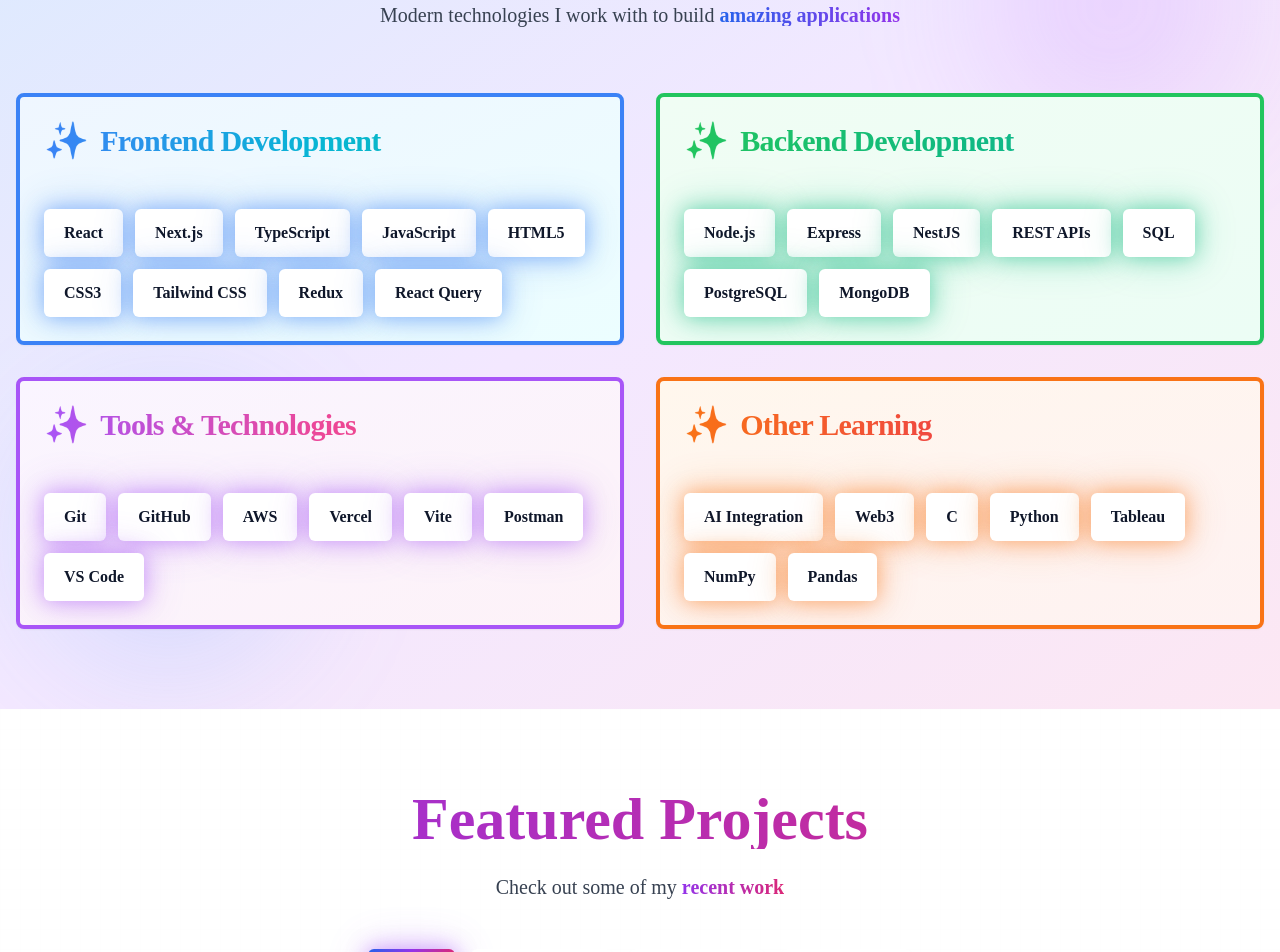
Repository: sm6746/PORTFOLIO
Page: /
These files come from the project's save history. The page is drawn as it stood at one moment and after the next save; the edit follows.
The browser window is 1280 px wide. The pictures show the part of the page from y = 1832 to 2784 px (the page is 8297 px tall before and 8357 px after).
The project was rebuilt for these pictures with package versions that can differ from the ones it lists, and the page was loaded fresh each time. Also part of the build but not shown: vite.config.ts.

Above is the page before, as saved 2025-11-06 21:19:12.

### index.html
<!DOCTYPE html>
<html lang="en">
  <head>
    <meta charset="UTF-8" />
    <link rel="icon" type="image/svg+xml" href="/favicon.svg" />
    <meta name="viewport" content="width=device-width, initial-scale=1.0" />
    <title>Portfolio</title>
  </head>
  <body>
    <div id="root"></div>
    <script type="module" src="/app/main.tsx"></script>
  </body>
</html>

### app/main.tsx
import React from 'react'
import ReactDOM from 'react-dom/client'
import App from './app'
import './globals.css'

ReactDOM.createRoot(document.getElementById('root')!).render(
  <React.StrictMode>
    <App />
  </React.StrictMode>,
)

### app/app.tsx
import { ThemeProvider } from '@/lib/theme-context';
import { Header } from '@/components/header';
import { HeroSection } from '@/components/hero-section';
import { AboutSection } from '@/components/about-section';
import { SkillsSection } from '@/components/skills-section';
import { ProjectsSection } from '@/components/projects-section';
import { ExperienceSection } from '@/components/experience-section';
import { CertificationsSection } from '@/components/certifications-section';
import { ContactSection } from '@/components/contact-section';
import { Footer } from '@/components/footer';
import { ScrollToTop } from '@/components/scroll-to-top';

function App() {
  return (
    <ThemeProvider>
      <div className="min-h-screen bg-white dark:bg-gray-900 transition-colors duration-300">
        <Header />
        <main>
          <HeroSection />
          <AboutSection />
          <SkillsSection />
          <ProjectsSection />
          <ExperienceSection />
          <CertificationsSection />
          <ContactSection />
        </main>
        <Footer />
        <ScrollToTop />
      </div>
    </ThemeProvider>
  );
}

export default App;

### lib/theme-context.tsx
import React, { createContext, useContext, useEffect, useState } from 'react';

type Theme = 'light' | 'dark';

type ThemeContextType = {
  theme: Theme;
  toggleTheme: () => void;
};

const ThemeContext = createContext<ThemeContextType | undefined>(undefined);

export function ThemeProvider({ children }: { children: React.ReactNode }) {
  const [theme, setTheme] = useState<Theme>(() => {
    const stored = localStorage.getItem('portfolio-theme');
    return (stored as Theme) || 'light';
  });

  useEffect(() => {
    localStorage.setItem('portfolio-theme', theme);
    document.documentElement.classList.toggle('dark', theme === 'dark');
  }, [theme]);

  const toggleTheme = () => {
    setTheme(prev => (prev === 'light' ? 'dark' : 'light'));
  };

  return (
    <ThemeContext.Provider value={{ theme, toggleTheme }}>
      {children}
    </ThemeContext.Provider>
  );
}

export function useTheme() {
  const context = useContext(ThemeContext);
  if (!context) {
    throw new Error('useTheme must be used within ThemeProvider');
  }
  return context;
}

### components/skills-section.tsx
import { Badge } from '@/components/ui/badge';
import { Card, CardContent, CardHeader, CardTitle } from '@/components/ui/card';
import { useScrollAnimation } from '@/hooks/use-scroll-animation';

export function SkillsSection() {
  const { ref, isVisible } = useScrollAnimation();

  const skillCategories = [
    {
      title: 'Frontend Development',
      color: 'from-blue-500 via-cyan-500 to-teal-500',
      bgColor: 'bg-gradient-to-br from-blue-50 to-cyan-50 dark:from-blue-950/50 dark:to-cyan-950/50',
      borderColor: 'border-blue-500',
      glowClass: 'glow-blue',
      skills: [
        'React', 'Next.js', 'TypeScript', 'JavaScript', 'HTML5', 'CSS3',
        'Tailwind CSS', 'Redux', 'React Query'
      ],
    },
    {
      title: 'Backend Development',
      color: 'from-green-500 via-emerald-500 to-teal-500',
      bgColor: 'bg-gradient-to-br from-green-50 to-emerald-50 dark:from-green-950/50 dark:to-emerald-950/50',
      borderColor: 'border-green-500',
      glowClass: 'glow-green',
      skills: [
        'Node.js', 'Express', 'NestJS', 'REST APIs', 'SQL',
        'PostgreSQL', 'MongoDB'
      ],
    },
    {
      title: 'Tools & Technologies',
      color: 'from-purple-500 via-pink-500 to-rose-500',
      bgColor: 'bg-gradient-to-br from-purple-50 to-pink-50 dark:from-purple-950/50 dark:to-pink-950/50',
      borderColor: 'border-purple-500',
      glowClass: 'glow-purple',
      skills: [
        'Git', 'GitHub', 'AWS', 'Vercel',
         'Vite', 'Postman', 'VS Code'
      ],
    },
    {
      title: 'Other Learning',
      color: 'from-orange-500 via-red-500 to-pink-500',
      bgColor: 'bg-gradient-to-br from-orange-50 to-red-50 dark:from-orange-950/50 dark:to-red-950/50',
      borderColor: 'border-orange-500',
      glowClass: 'glow-orange',
      skills: [
        'AI Integration', 'Web3', 'C' , 'Python', 'Tableau', 'NumPy', 'Pandas'
      ],
    },
  ];

  return (
    <section
      id="skills"
      ref={ref as React.RefObject<HTMLElement>}
      className="py-20 bg-gradient-to-br from-blue-100 via-purple-100 to-pink-100 dark:from-gray-800 dark:via-purple-900/10 dark:to-blue-900/10 relative overflow-hidden"
    >
      <div className="absolute top-10 right-10 w-64 h-64 bg-purple-400/20 rounded-full blur-3xl"></div>
      <div className="absolute bottom-10 left-10 w-64 h-64 bg-blue-400/20 rounded-full blur-3xl"></div>

      <div className="container mx-auto px-4 relative z-10">
        <div
          className={`transition-all duration-1000 ${
            isVisible ? 'opacity-100 translate-y-0' : 'opacity-0 translate-y-10'
          }`}
        >
          <h2 className="text-5xl md:text-6xl font-extrabold text-center mb-6 bg-gradient-to-r from-blue-600 via-purple-600 to-pink-600 dark:from-blue-400 dark:via-purple-400 dark:to-pink-400 bg-clip-text text-transparent animate-gradient">
            Technical Skills
          </h2>
          <p className="text-center text-gray-700 dark:text-gray-300 mb-16 text-xl font-medium">
            Modern technologies I work with to build <span className="text-transparent bg-clip-text bg-gradient-to-r from-blue-600 to-purple-600 font-bold">amazing applications</span>
          </p>

          <div className="grid md:grid-cols-2 gap-8">
            {skillCategories.map((category, index) => (
              <Card
                key={index}
                className={`group hover:shadow-2xl transition-all duration-500 transform hover:-translate-y-3 hover:scale-105 border-4 ${category.borderColor} ${category.bgColor} overflow-hidden ${
                  isVisible ? 'opacity-100 translate-y-0' : 'opacity-0 translate-y-10'
                }`}
                style={{ transitionDelay: `${index * 150}ms` }}
              >
                <div className={`absolute inset-0 bg-gradient-to-br ${category.color} opacity-0 group-hover:opacity-10 transition-opacity duration-500`}></div>
                <CardHeader className="relative">
                  <CardTitle className={`text-3xl font-bold bg-gradient-to-r ${category.color} bg-clip-text text-transparent flex items-center gap-3`}>
                    <span className="text-4xl">✨</span>
                    {category.title}
                  </CardTitle>
                </CardHeader>
                <CardContent className="p-6 relative">
                  <div className="flex flex-wrap gap-3">
                    {category.skills.map((skill, skillIndex) => (
                      <Badge
                        key={skillIndex}
                        variant="secondary"
                        className={`px-5 py-3 text-base font-bold hover:scale-125 transition-all duration-300 cursor-pointer bg-white dark:bg-gray-800 hover:shadow-2xl border-3 hover:border-current transform hover:-rotate-3 ${category.glowClass}`}
                      >
                        {skill}
                      </Badge>
                    ))}
                  </div>
                </CardContent>
              </Card>
            ))}
          </div>
        </div>
      </div>
    </section>
  );
}

### components/footer.tsx
import { Github, Linkedin, Mail, Twitter } from 'lucide-react';
import { Button } from '@/components/ui/button';

export function Footer() {
  return (
    <footer className="py-12 bg-gray-900 text-white">
      <div className="container mx-auto px-4">
        <div className="flex flex-col items-center gap-6">
          <div className="text-3xl font-bold bg-gradient-to-r from-blue-400 to-purple-400 bg-clip-text text-transparent">
            SHIVANI MEHRA
          </div>
          <p className="text-gray-400 text-center max-w-md">
            Building the future, one line of code at a time. Let's create something amazing together.
          </p>
          <div className="flex gap-4">
            <Button
              variant="ghost"
              size="icon"
              className="rounded-full hover:bg-blue-600/20 text-gray-300 hover:text-white transition-all"
            >
              <Github className="h-5 w-5" />
            </Button>
            <Button
              variant="ghost"
              size="icon"
              className="rounded-full hover:bg-blue-600/20 text-gray-300 hover:text-white transition-all"
            >
              <Linkedin className="h-5 w-5" />
            </Button>
            <Button
              variant="ghost"
              size="icon"
              className="rounded-full hover:bg-blue-600/20 text-gray-300 hover:text-white transition-all"
            >
              <Twitter className="h-5 w-5" />
            </Button>
            <Button
              variant="ghost"
              size="icon"
              className="rounded-full hover:bg-blue-600/20 text-gray-300 hover:text-white transition-all"
            >
              <Mail className="h-5 w-5" />
            </Button>
          </div>
          <div className="border-t border-gray-800 pt-6 w-full text-center">
            <p className="text-gray-500 text-sm">

            </p>
          </div>
        </div>
      </div>
    </footer>
  );
}

### components/scroll-to-top.tsx
import { Button } from '@/components/ui/button';
import { ArrowUp } from 'lucide-react';
import { useEffect, useState } from 'react';

export function ScrollToTop() {
  const [isVisible, setIsVisible] = useState(false);

  useEffect(() => {
    const toggleVisibility = () => {
      setIsVisible(window.scrollY > 500);
    };

    window.addEventListener('scroll', toggleVisibility);
    return () => window.removeEventListener('scroll', toggleVisibility);
  }, []);

  const scrollToTop = () => {
    window.scrollTo({ top: 0, behavior: 'smooth' });
  };

  if (!isVisible) return null;

  return (
    <Button
      onClick={scrollToTop}
      size="icon"
      className="fixed bottom-8 right-8 z-50 rounded-full shadow-lg bg-gradient-to-r from-blue-600 to-purple-600 hover:from-blue-700 hover:to-purple-700 animate-bounce"
    >
      <ArrowUp className="h-5 w-5" />
    </Button>
  );
}

### components/ui/button.tsx
import * as React from "react"
import { Slot } from "@radix-ui/react-slot"
import { cva, type VariantProps } from "class-variance-authority"

import { cn } from "@/lib/utlis"

const buttonVariants = cva(
  "inline-flex items-center justify-center gap-2 whitespace-nowrap rounded-md text-sm font-medium transition-colors focus-visible:outline-none focus-visible:ring-1 focus-visible:ring-ring disabled:pointer-events-none disabled:opacity-50 [&_svg]:pointer-events-none [&_svg]:size-4 [&_svg]:shrink-0",
  {
    variants: {
      variant: {
        default:
          "bg-primary text-primary-foreground shadow hover:bg-primary/90",
        destructive:
          "bg-destructive text-destructive-foreground shadow-sm hover:bg-destructive/90",
        outline:
          "border border-input bg-background shadow-sm hover:bg-accent hover:text-accent-foreground",
        secondary:
          "bg-secondary text-secondary-foreground shadow-sm hover:bg-secondary/80",
        ghost: "hover:bg-accent hover:text-accent-foreground",
        link: "text-primary underline-offset-4 hover:underline",
      },
      size: {
        default: "h-9 px-4 py-2",
        sm: "h-8 rounded-md px-3 text-xs",
        lg: "h-10 rounded-md px-8",
        icon: "h-9 w-9",
      },
    },
    defaultVariants: {
      variant: "default",
      size: "default",
    },
  }
)

export interface ButtonProps
  extends React.ButtonHTMLAttributes<HTMLButtonElement>,
    VariantProps<typeof buttonVariants> {
  asChild?: boolean
}

const Button = React.forwardRef<HTMLButtonElement, ButtonProps>(
  ({ className, variant, size, asChild = false, ...props }, ref) => {
    const Comp = asChild ? Slot : "button"
    return (
      <Comp
        className={cn(buttonVariants({ variant, size, className }))}
        ref={ref}
        {...props}
      />
    )
  }
)
Button.displayName = "Button"

export { Button, buttonVariants }

### hooks/use-scroll-animation.ts
import { useEffect, useRef, useState } from 'react';

export function useScrollAnimation() {
  const ref = useRef<HTMLElement>(null);
  const [isVisible, setIsVisible] = useState(false);

  useEffect(() => {
    const observer = new IntersectionObserver(
      ([entry]) => {
        if (entry.isIntersecting) {
          setIsVisible(true);
        }
      },
      { threshold: 0.1 }
    );

    if (ref.current) {
      observer.observe(ref.current);
    }

    return () => {
      if (ref.current) {
        observer.unobserve(ref.current);
      }
    };
  }, []);

  return { ref, isVisible };
}

### components/ui/card.tsx
import * as React from "react"

import { cn } from "@/lib/utlis"

const Card = React.forwardRef<
  HTMLDivElement,
  React.HTMLAttributes<HTMLDivElement>
>(({ className, ...props }, ref) => (
  <div
    ref={ref}
    className={cn(
      "rounded-lg border bg-card text-card-foreground shadow-sm",
      className,
    )}
    {...props}
  />
))
Card.displayName = "Card"

const CardHeader = React.forwardRef<
  HTMLDivElement,
  React.HTMLAttributes<HTMLDivElement>
>(({ className, ...props }, ref) => (
  <div
    ref={ref}
    className={cn("flex flex-col space-y-1.5 p-6", className)}
    {...props}
  />
))
CardHeader.displayName = "CardHeader"

const CardTitle = React.forwardRef<
  HTMLParagraphElement,
  React.HTMLAttributes<HTMLHeadingElement>
>(({ className, ...props }, ref) => (
  <h3
    ref={ref}
    className={cn(
      "text-2xl font-semibold leading-none tracking-tight",
      className,
    )}
    {...props}
  />
))
CardTitle.displayName = "CardTitle"

const CardDescription = React.forwardRef<
  HTMLParagraphElement,
  React.HTMLAttributes<HTMLParagraphElement>
>(({ className, ...props }, ref) => (
  <p
    ref={ref}
    className={cn("text-sm text-muted-foreground", className)}
    {...props}
  />
))
CardDescription.displayName = "CardDescription"

const CardContent = React.forwardRef<
  HTMLDivElement,
  React.HTMLAttributes<HTMLDivElement>
>(({ className, ...props }, ref) => (
  <div ref={ref} className={cn("p-6 pt-0", className)} {...props} />
))
CardContent.displayName = "CardContent"

const CardFooter = React.forwardRef<
  HTMLDivElement,
  React.HTMLAttributes<HTMLDivElement>
>(({ className, ...props }, ref) => (
  <div
    ref={ref}
    className={cn("flex items-center p-6 pt-0", className)}
    {...props}
  />
))
CardFooter.displayName = "CardFooter"

export { Card, CardHeader, CardFooter, CardTitle, CardDescription, CardContent }

### components/ui/badge.tsx
import * as React from "react"
import { cva, type VariantProps } from "class-variance-authority"

import { cn } from "@/lib/utlis"

const badgeVariants = cva(
  "inline-flex items-center rounded-md border px-2.5 py-0.5 text-xs font-semibold transition-colors focus:outline-none focus:ring-2 focus:ring-ring focus:ring-offset-2",
  {
    variants: {
      variant: {
        default:
          "border-transparent bg-primary text-primary-foreground shadow hover:bg-primary/80",
        secondary:
          "border-transparent bg-secondary text-secondary-foreground hover:bg-secondary/80",
        destructive:
          "border-transparent bg-destructive text-destructive-foreground shadow hover:bg-destructive/80",
        outline: "text-foreground",
      },
    },
    defaultVariants: {
      variant: "default",
    },
  }
)

export interface BadgeProps
  extends React.HTMLAttributes<HTMLDivElement>,
    VariantProps<typeof badgeVariants> {}

function Badge({ className, variant, ...props }: BadgeProps) {
  return (
    <div className={cn(badgeVariants({ variant }), className)} {...props} />
  )
}

export { Badge, badgeVariants }

### components/ui/input.tsx
import * as React from "react"

import { cn } from "@/lib/utlis"

const Input = React.forwardRef<HTMLInputElement, React.ComponentProps<"input">>(
  ({ className, type, ...props }, ref) => {
    return (
      <input
        type={type}
        className={cn(
          "flex h-9 w-full rounded-md border border-input bg-transparent px-3 py-1 text-base shadow-sm transition-colors file:border-0 file:bg-transparent file:text-sm file:font-medium file:text-foreground placeholder:text-muted-foreground focus-visible:outline-none focus-visible:ring-1 focus-visible:ring-ring disabled:cursor-not-allowed disabled:opacity-50 md:text-sm",
          className
        )}
        ref={ref}
        {...props}
      />
    )
  }
)
Input.displayName = "Input"

export { Input }

### components/ui/textarea.tsx
import * as React from "react"

import { cn } from "@/lib/utlis"

const Textarea = React.forwardRef<
  HTMLTextAreaElement,
  React.ComponentProps<"textarea">
>(({ className, ...props }, ref) => {
  return (
    <textarea
      className={cn(
        "flex min-h-[60px] w-full rounded-md border border-input bg-transparent px-3 py-2 text-base shadow-sm placeholder:text-muted-foreground focus-visible:outline-none focus-visible:ring-1 focus-visible:ring-ring disabled:cursor-not-allowed disabled:opacity-50 md:text-sm",
        className
      )}
      ref={ref}
      {...props}
    />
  )
})
Textarea.displayName = "Textarea"

export { Textarea }

Loaded but not shown: lib/utlis.tsx (common file); tailwind.config.js (62 lines, source omitted); components/projects-section.tsx (180 lines, source omitted); components/contact-section.tsx (144 lines, source omitted); components/experience-section.tsx (143 lines, source omitted); components/certifications-section.tsx (150 lines, source omitted); components/about-section.tsx (79 lines, source omitted); components/hero-section.tsx (100 lines, source omitted); components/header.tsx (82 lines, source omitted); app/globals.css (115 lines, source omitted)

After the next save:
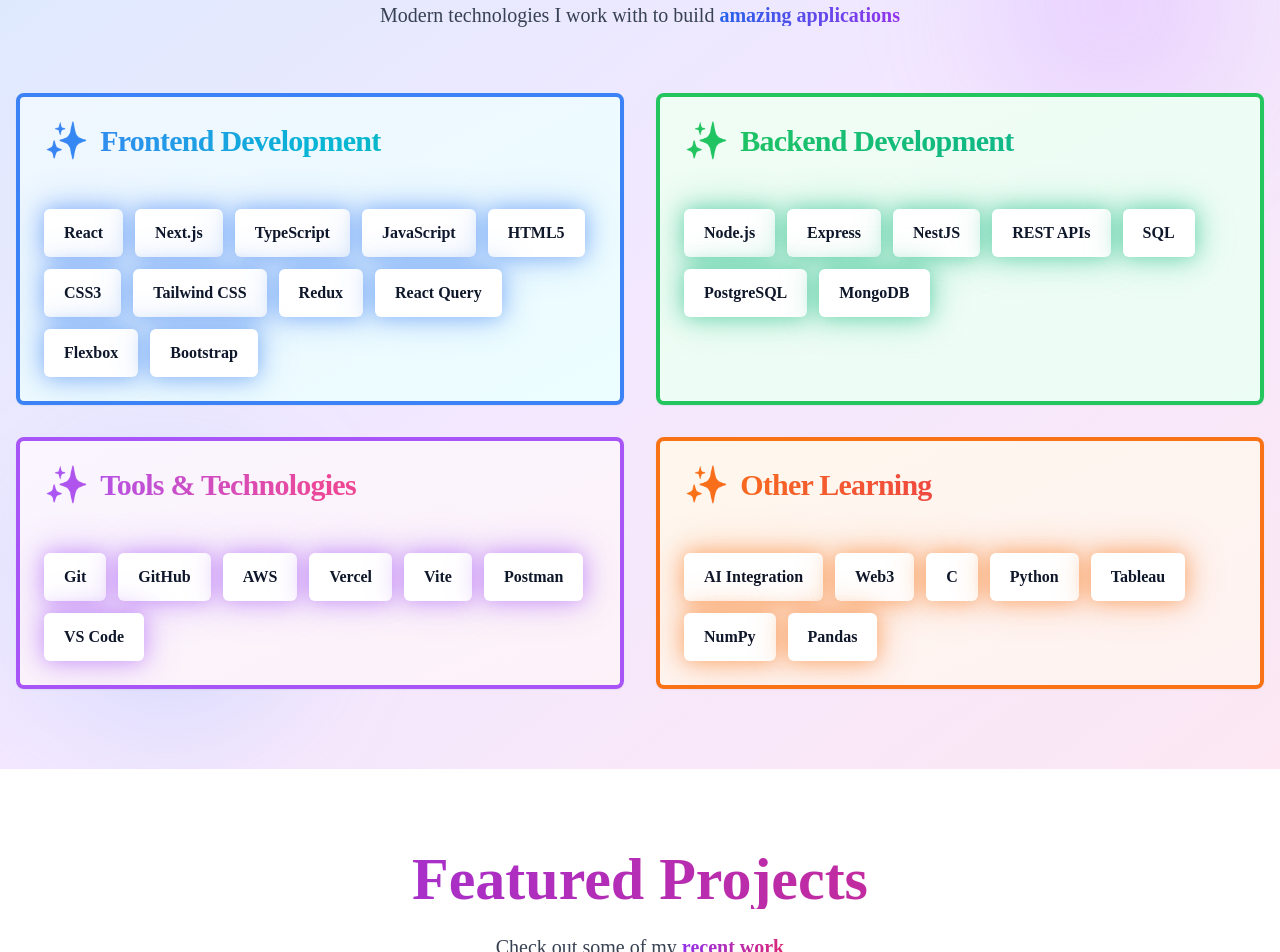
Saved 46 s later.
--- a/components/skills-section.tsx
+++ b/components/skills-section.tsx
@@ -14,7 +14,7 @@
       glowClass: 'glow-blue',
       skills: [
         'React', 'Next.js', 'TypeScript', 'JavaScript', 'HTML5', 'CSS3',
-        'Tailwind CSS', 'Redux', 'React Query'
+        'Tailwind CSS', 'Redux', 'React Query', 'Flexbox', 'Bootstrap'
       ],
     },
     {

After the save that followed:
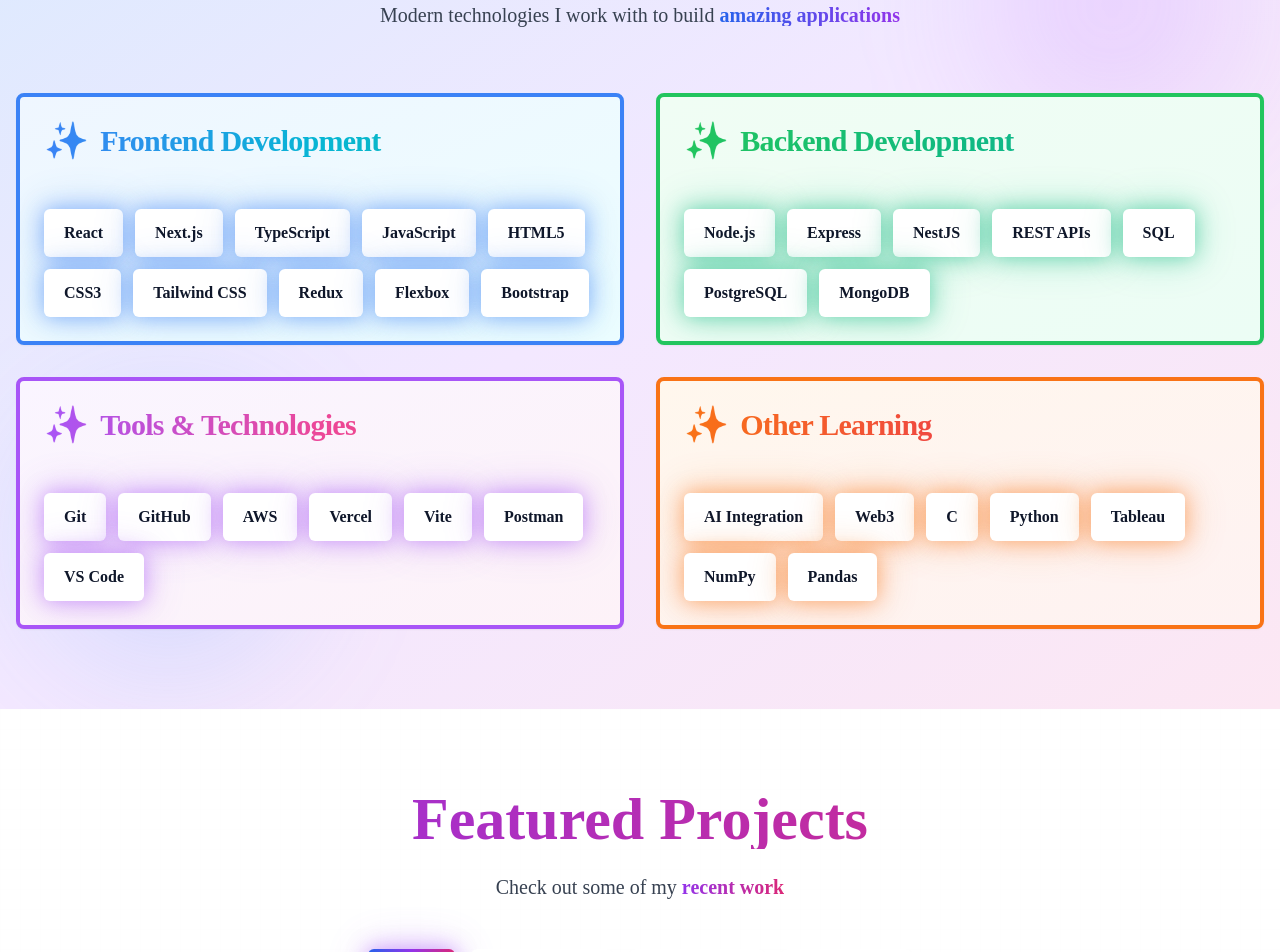
Saved 18 s later.
--- a/components/skills-section.tsx
+++ b/components/skills-section.tsx
@@ -14,7 +14,7 @@
       glowClass: 'glow-blue',
       skills: [
         'React', 'Next.js', 'TypeScript', 'JavaScript', 'HTML5', 'CSS3',
-        'Tailwind CSS', 'Redux', 'React Query', 'Flexbox', 'Bootstrap'
+        'Tailwind CSS', 'Redux', 'Flexbox', 'Bootstrap'
       ],
     },
     {
